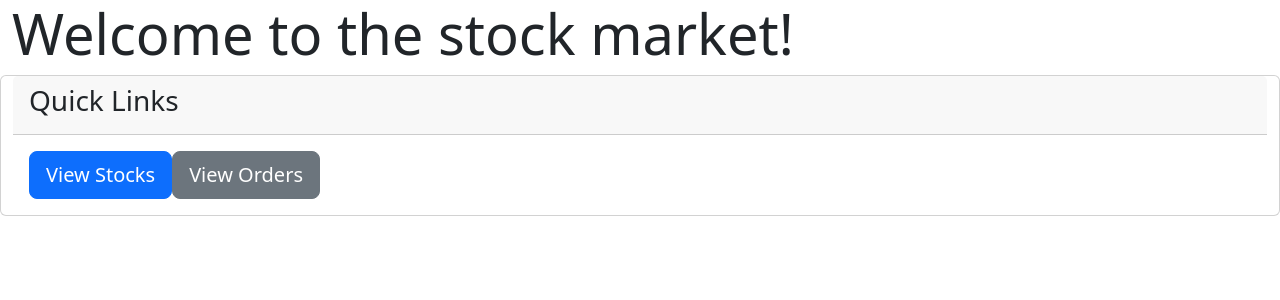
Repository: abdelbaset99/StockMarket
Page: / (app in stockmarket/)
These files come from the project's save history. The page is drawn as it stood at one moment and after the next save; the edit follows.
The browser window is 1280 px wide. The pictures show the whole page.
The project was rebuilt for these pictures with package versions that can differ from the ones it lists, and the page was loaded fresh each time. Also part of the build but not shown: stockmarket/angular.json, stockmarket/src/app/orders/orders.component.ts, stockmarket/src/app/order.service.ts, stockmarket/src/app/stocks/stocks.component.ts, stockmarket/src/app/stock.service.ts.

Above is the page before, as saved 2023-07-13 12:14:52.

After the next save:
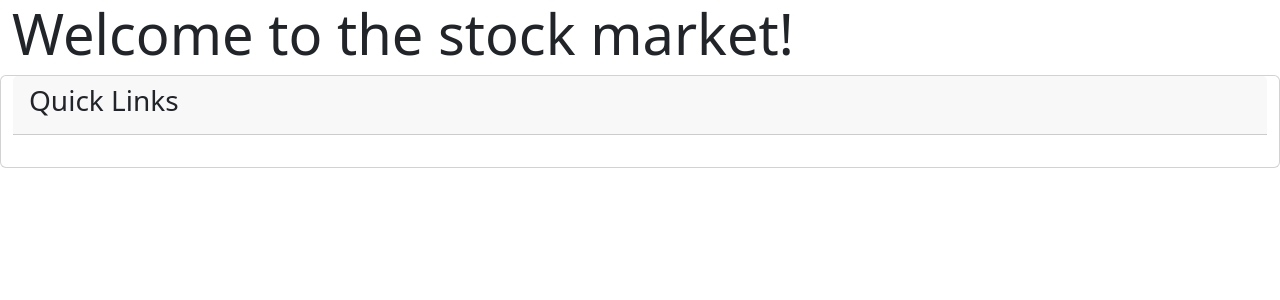
Saved 5 s later.
--- a/stockmarket/src/app/home/home.component.html
+++ b/stockmarket/src/app/home/home.component.html
@@ -8,8 +8,8 @@
           <h3>Quick Links</h3>
         </div>
         <div class="card-body">
-          <a class="btn btn-primary btn-lg btn-block" routerLink="/stocks">View Stocks</a>
-          <a class="btn btn-secondary btn-lg btn-block" routerLink="/orders">View Orders</a>
+          <!-- <a class="btn btn-primary btn-lg btn-block" routerLink="/stocks">View Stocks</a>
+          <a class="btn btn-secondary btn-lg btn-block" routerLink="/orders">View Orders</a> -->
         </div>
       </div>
   </div>
